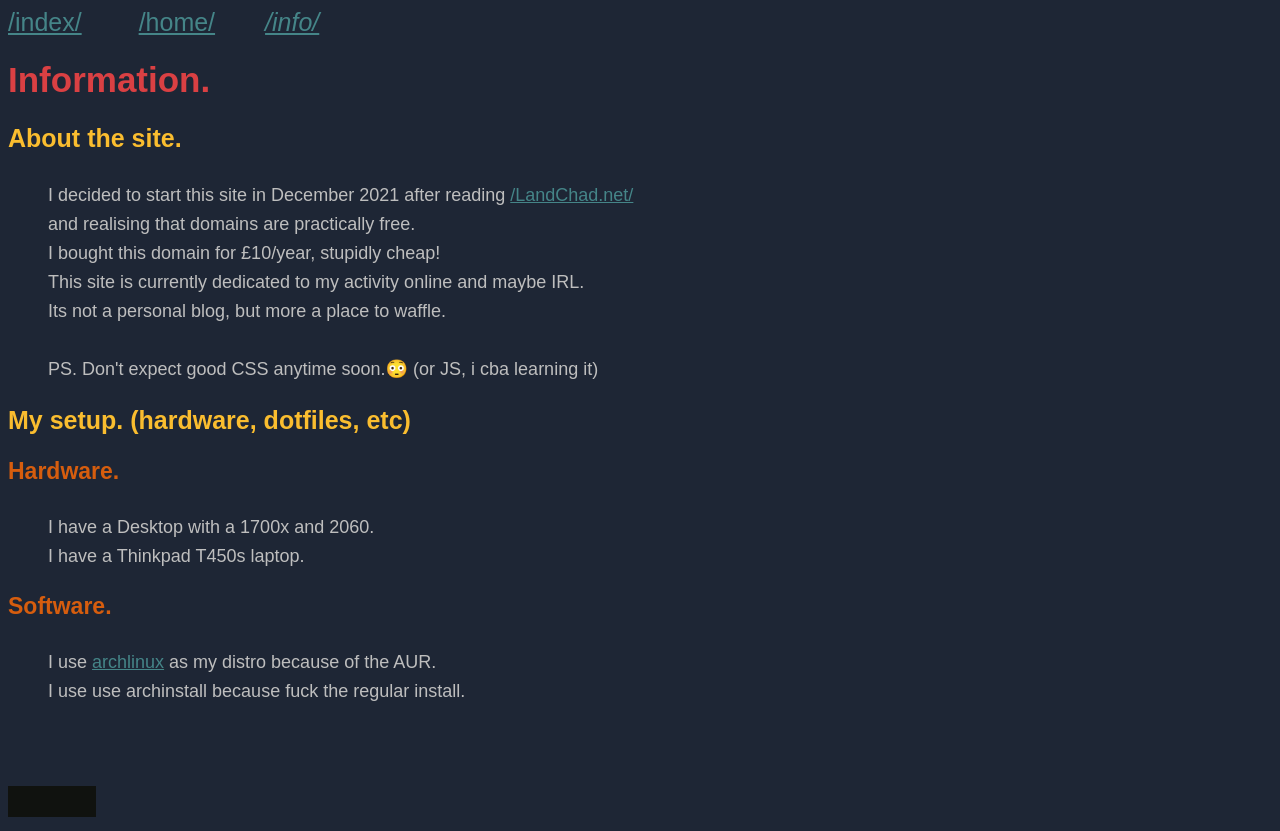
Repository: KieranCrossland/kierancrosslandxyz
Page: info.html
An editor plug-in stored every save of this project. The page is shown before and after the next save, followed by the edit.
The browser window is 1280 px wide. The pictures show the whole page.

Above is the page before, as saved 2022-06-19 01:57:46.

After the next save:
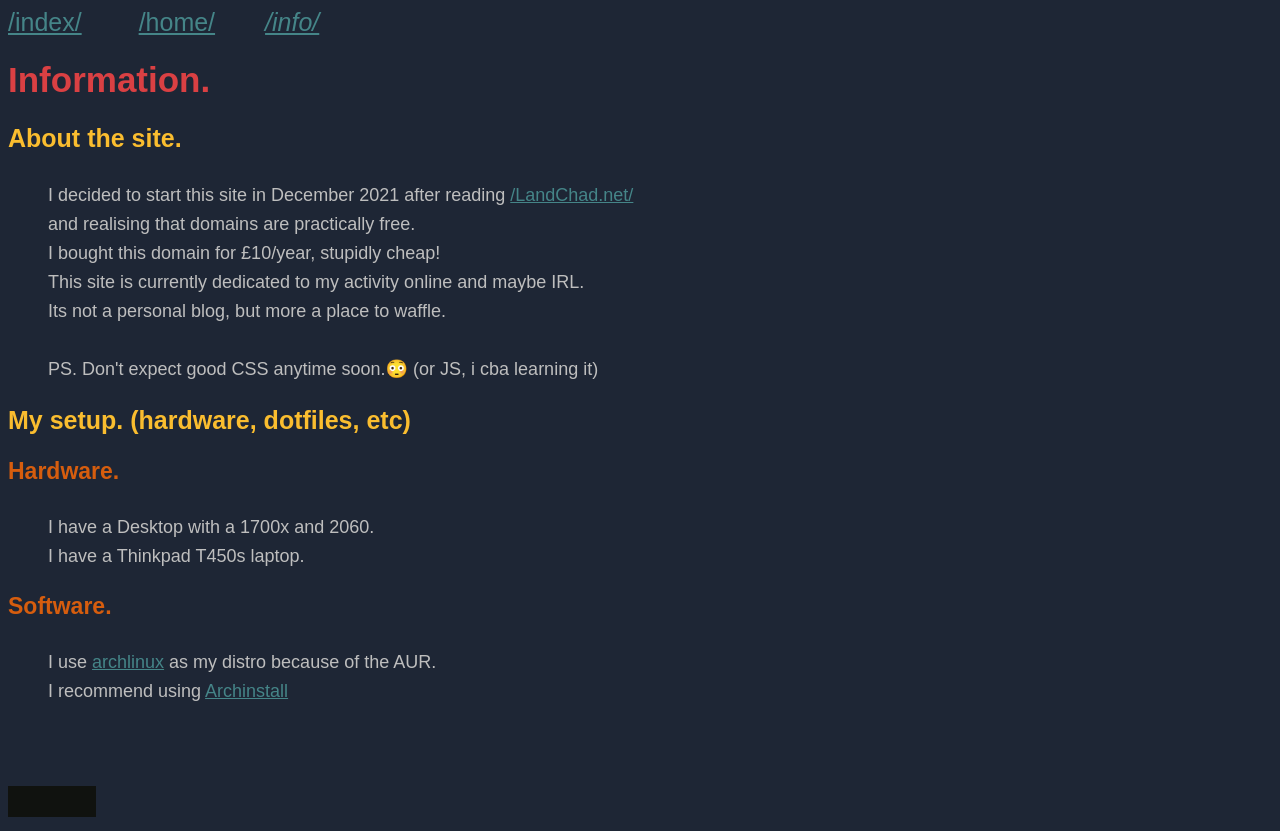
Saved 54 s later.
--- a/info.html
+++ b/info.html
@@ -86,7 +86,7 @@ h3 {
 
 <h3>Software.</h3>
 <ul><p1>I use <a href="https://archlinux.org/" target="_blank">archlinux</a> as my distro because of the AUR.<br>
-  I use use archinstall because fuck the regular install.</p1></ul>
+  I recommend using <a href="https://wiki.archlinux.org/title/Archinstall" target="_blank">Archinstall</a </p1></ul>
 
 <br><br><a href="https://landchad.net" target="_blank">
  <img src="img/landchad.gif" width="88px" height="31px" alt=""/>
